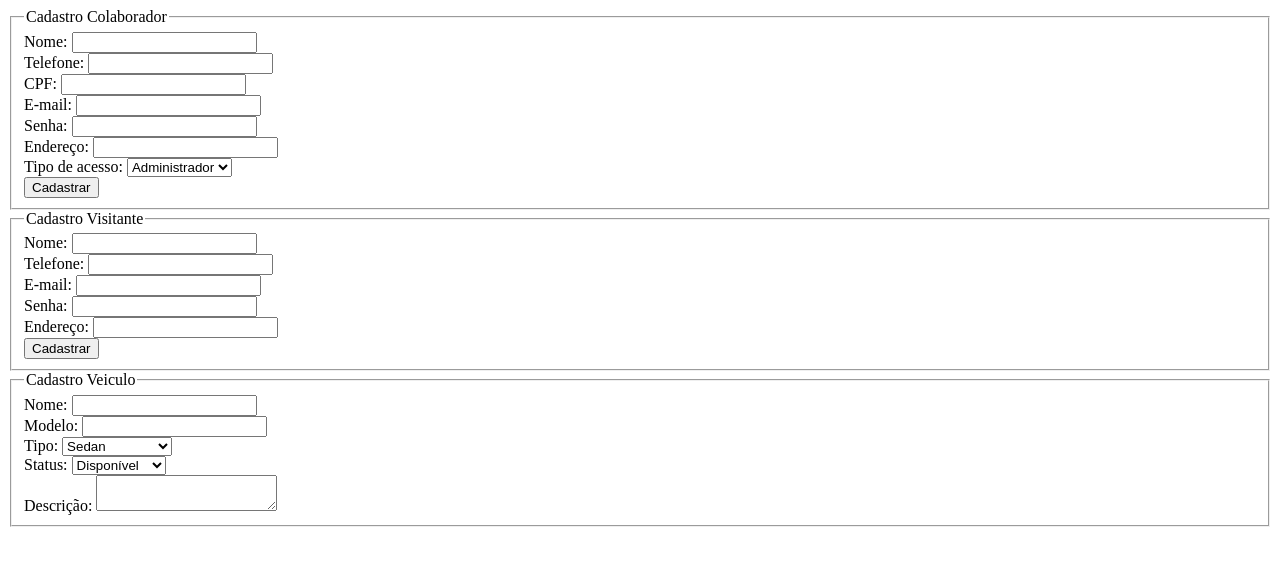
Repository: tdex/cmproject
Page: http://localhost/cmproject/
The author's editor kept a copy of each file at every save. The page is drawn from the files as they stood at one save, then again after the next save.
The browser window is 1280 px wide. The pictures show the whole page.
The page is served by Tomcat 9.

Above is the page before, as saved 2015-06-16 16:54:08.

After the next save:
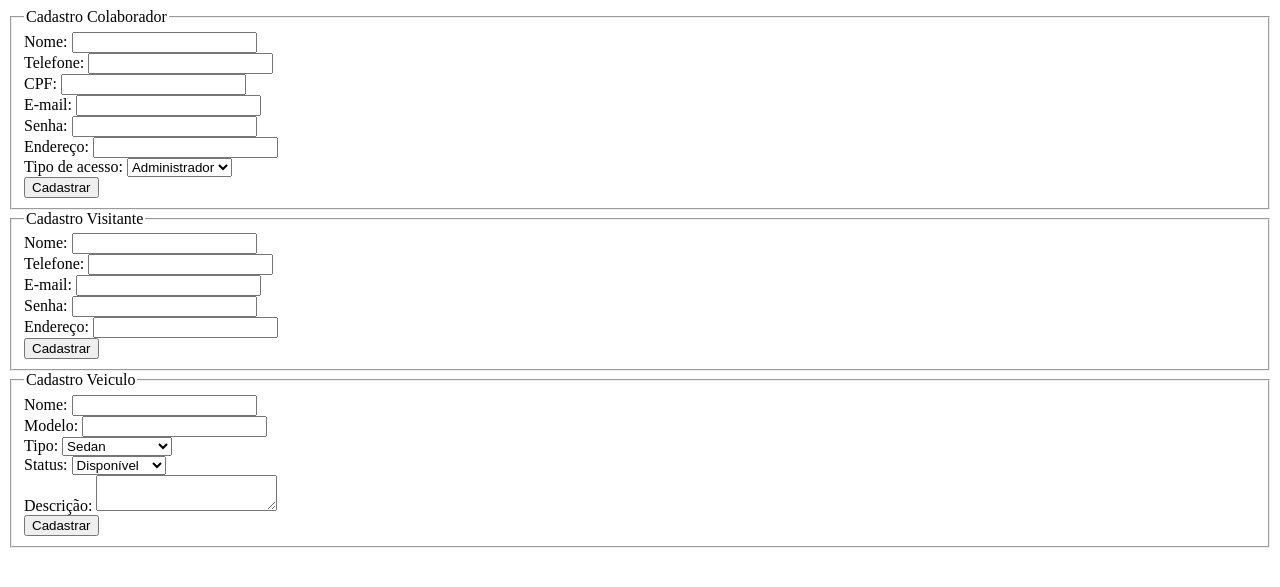
Saved 23 s later.
--- a/codigo/cmproject/cmproject/WebContent/index.jsp
+++ b/codigo/cmproject/cmproject/WebContent/index.jsp
@@ -62,7 +62,8 @@
 					<option value="0">Indisponível</option>
 				</select>
 			</label><br>
-			<label>Descrição: <textarea name="descricao"></textarea></label>
+			<label>Descrição: <textarea name="descricao"></textarea></label><br>
+			<input type="submit" value="Cadastrar">
 		</fieldset>
 	</form>
 </body>
